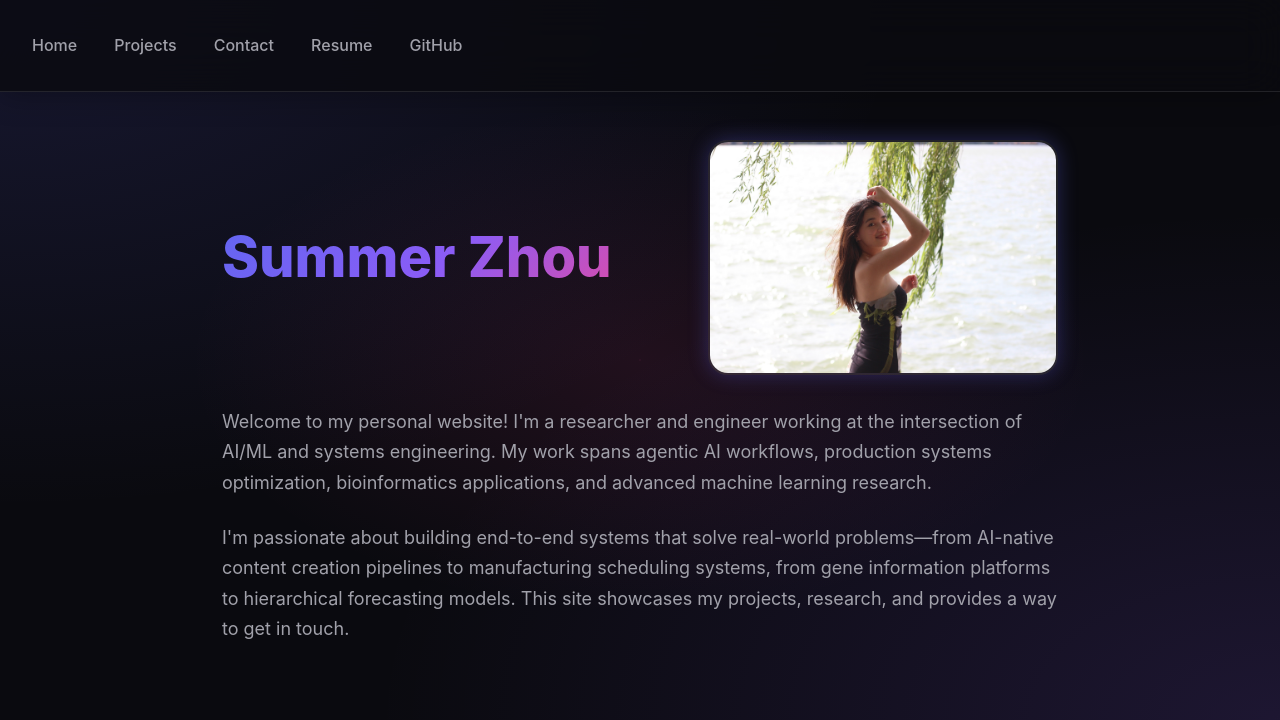
Repository: SummerZ27/personal-website
Page: index.html
The author's editor kept a copy of each file at every save. The page is drawn from the files as they stood at one save, then again after the next save.
The browser window is 1280 px wide. The pictures show the whole page.

Above is the page before, as saved 2026-02-13 13:26:57.

After the next save:
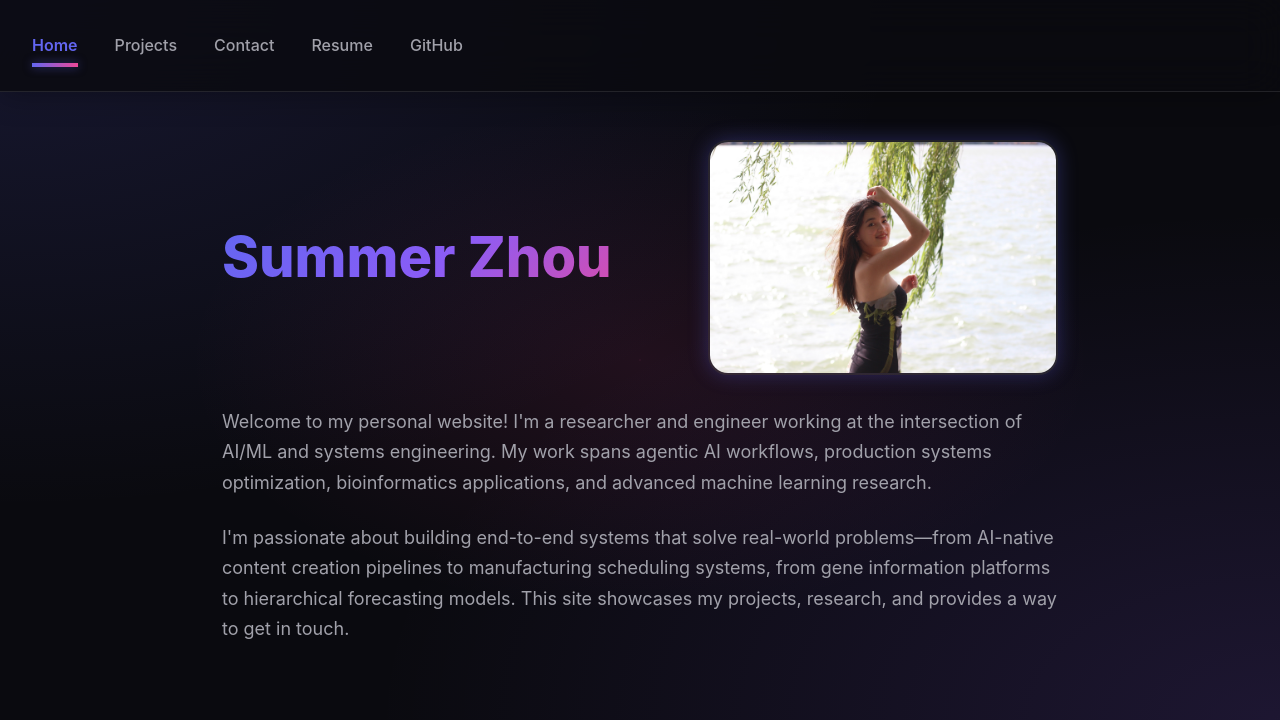
Saved 14 s later.
--- a/style.css
+++ b/style.css
@@ -101,16 +101,43 @@ nav a::after {
     width: 0;
     height: 2px;
     background: linear-gradient(90deg, var(--primary-color), var(--accent-color));
-    transition: width 0.3s ease;
-}
-
-nav a:hover {
+    transition: all 0.3s ease;
+}
+
+/* Current page styling */
+nav a.current {
+    color: var(--primary-color);
+    font-weight: 600;
+}
+
+nav a.current::after {
+    width: 100%;
+    height: 4px;
+    background: linear-gradient(90deg, var(--primary-color), var(--accent-color));
+    box-shadow: 0 0 10px rgba(99, 102, 241, 0.5);
+}
+
+/* Hover effects for non-current links */
+nav a:not(.current):hover {
     color: var(--text-primary);
     transform: translateY(-2px);
 }
 
-nav a:hover::after {
-    width: 100%;
+nav a:not(.current):hover::after {
+    width: 100%;
+    height: 3px;
+    box-shadow: 0 0 8px rgba(99, 102, 241, 0.4);
+}
+
+/* Hover effect for current page (subtle) */
+nav a.current:hover {
+    color: var(--accent-color);
+    transform: translateY(-1px);
+}
+
+nav a.current:hover::after {
+    height: 4px;
+    box-shadow: 0 0 15px rgba(236, 72, 153, 0.6);
 }
 
 /* Container */
